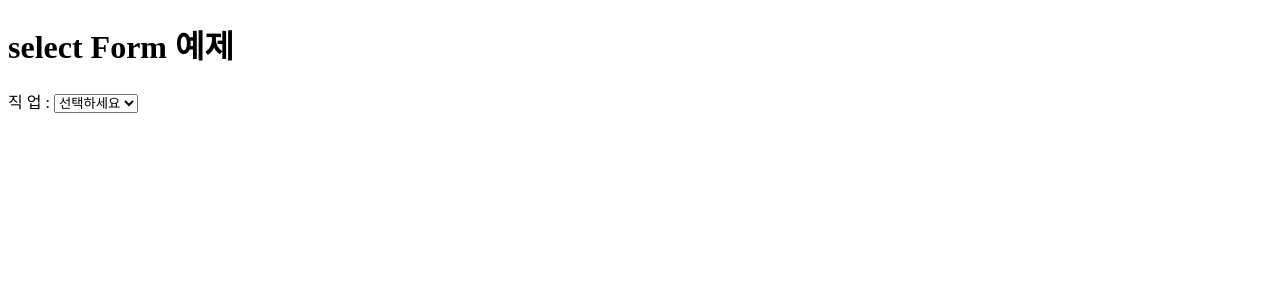
Repository: jsunnypi/JSP
Page: http://localhost/Test/selectForm.jsp
The author's editor kept a copy of each file at every save. The page is drawn from the files as they stood at one save, then again after the next save.
The browser window is 1280 px wide. The pictures show the whole page.
The page is served by Tomcat 9.

Above is the page before, as saved 2024-11-14 03:08:39.

After the next save:
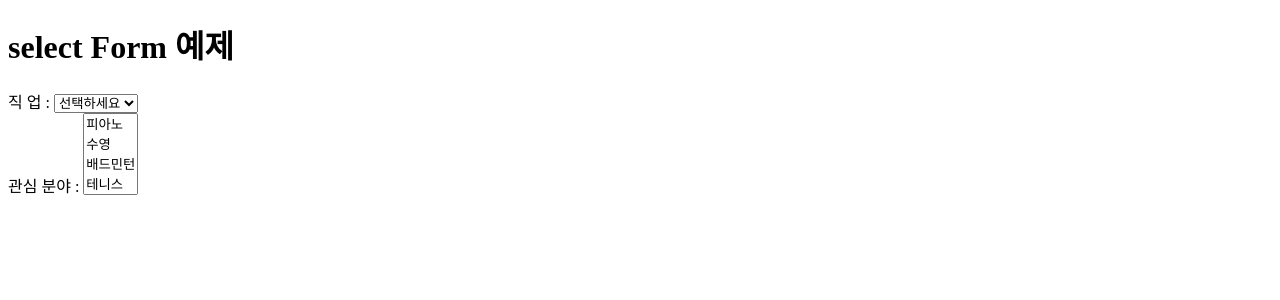
Saved 2 min 27 s later.
--- a/Test/src/main/webapp/selectForm.jsp
+++ b/Test/src/main/webapp/selectForm.jsp
@@ -20,6 +20,16 @@
 			<option value="기타">기타</option>
 		</select>
 
+		<br>
+
+		관심 분야 :
+		<select id="interest" name="interest" size="4" multiple>
+			<option value="피아노">피아노</option>
+			<option value="수영">수영</option>
+			<option value="배드민턴">배드민턴</option>
+			<option value="테니스">테니스</option>
+			<option value="스케이트">스케이트</option>
+		</select>
 	</form>
 </body>
 </html>
